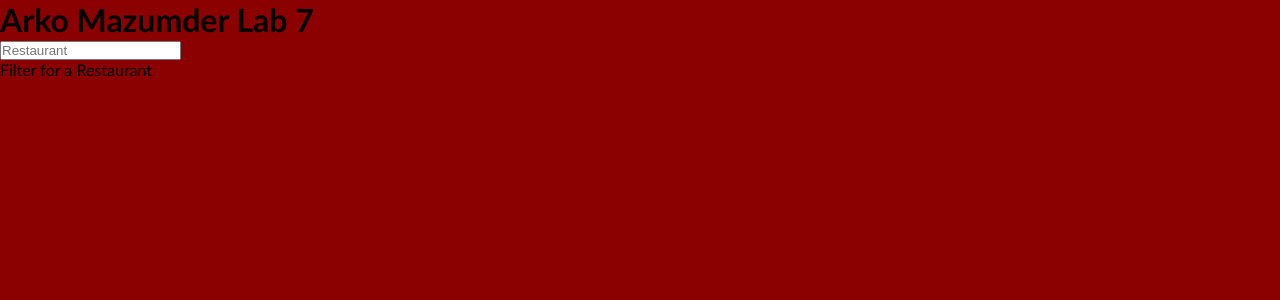
Repository: arkomz/INST377-Lab-Work
Page: client/lab_7/index.html
An editor plug-in stored every save of this project. The page is shown before and after the next save, followed by the edit.
The browser window is 1280 px wide. The pictures show the whole page.
The page's requests for data from a server got no answer. Some web libraries are served in a nearby version.

Above is the page before, as saved 2021-10-15 16:41:18.

### client/lab_7/index.html
<!DOCTYPE html>
<html lang="en">
<head>
  <meta charset="UTF-8">
  <title>Arko Mazumder Lab 7</title>
  <h1 class='title'> Arko Mazumder Lab 7</h1>
  <link rel="stylesheet" href="styles.css">
  <link rel="stylesheet" href="https://unpkg.com/leaflet@1.7.1/dist/leaflet.css"
  integrity="sha512-xodZBNTC5n17Xt2atTPuE1HxjVMSvLVW9ocqUKLsCC5CXdbqCmblAshOMAS6/keqq/sMZMZ19scR4PsZChSR7A=="
  crossorigin=""/>
  <script src="https://unpkg.com/leaflet@1.7.1/dist/leaflet.js"
  integrity="sha512-XQoYMqMTK8LvdxXYG3nZ448hOEQiglfqkJs1NOQV44cWnUrBc8PkAOcXy20w0vlaXaVUearIOBhiXZ5V3ynxwA=="
  crossorigin=""></script>
</head>
<body>

  <form class="search-form">
    <input type="text" class="search" placeholder="Restaurant">
    <ul class="suggestions">
      <li>Filter for a Restaurant</li>
    </ul>
  </form>
  <div id="mapid"></div>
  </body>
  <script src= "script.js"></script>
</html>

### client/lab_7/styles.css
* {
    margin: 0;
    padding: 0;
    box-sizing: border-box;
  }

  html {
    height: 100%;
  }

  body {
    height: 100%;
    margin: 0;
    padding: 0;
    font-family: ‘Segoe UI’, Candara, ‘Bitstream Vera Sans’, ‘DejaVu Sans’,
        ‘Bitsream Vera Sans’, ‘Trebuchet MS’, Verdana, ‘Verdana Ref’, sans-serif;
    background-color: #8b0000;
  }

  /* Page Layout */
  .columns {
    display: flex;
    flex-wrap: wrap;
  }

  .wrapper {
    display: flex;
  }

  .container {
    max-width: 960px;
    margin-top: 25px;
  }

  #mapid {
      height: 400px;
      width: 300px;
    }

### client/lab_7/script.js
async function windowActions() {

    const endpoint = 'https://data.princegeorgescountymd.gov/resource/umjn-t2iz.json';
    const restaurants = []
    const request = await fetch(endpoint)
      .then(blob => blob.json())
      .then(data => restaurants.push(...data));


    function findMatches(wordToMatch, restaurants) {
      return restaurants.filter(place => {

        const regex = new RegExp(wordToMatch, 'gi');
        return place.name.match(regex)
        return place.zip.match(regex)
      });
    }

    function mapInit() {
        var mymap = L.map('mapid').setView([51.505, -0.09], 13);
        L.tileLayer('https://api.mapbox.com/styles/v1/{id}/tiles/{z}/{x}/{y}?access_token={accessToken}', {
        attribution: 'Map data &copy; <a href="https://www.openstreetmap.org/copyright">OpenStreetMap</a> contributors, Imagery © <a href="https://www.mapbox.com/">Mapbox</a>',
        maxZoom: 18,
        id: 'mapbox/streets-v11',
        tileSize: 512,
        zoomOffset: -1,
        accessToken: 'pk.eyJ1IjoiYXJrb216OTEiLCJhIjoiY2t1c3RhaGFpNWk2cTJucWpzYno1cnZ6YiJ9.uw81Ywj5jrcHVHOD2NdNpw'
        }).addTo(mymap);
    }
    mapInit()

    function displayMatches(event) {
      const matchArray = findMatches(event.target.value, restaurants);
      const html = matchArray.map(place => {
        const regex = new RegExp(event.target.value, 'gi');
        const restaurantName = place.name.replace(regex, `<span class="hl">${event.target.value}</span>`);
        const zipName = place.zip.replace(regex, `<span class="hl">${event.target.value}</span>`);
        return `
          <li>
            <span class="name">${restaurantName}</span>
            <span class="zip">${zipName}</span>
          </li>
        `;
      }).join('');
      suggestions.innerHTML = html;
    }
    const searchInput = document.querySelector('.search');
    const suggestions = document.querySelector('.suggestions');

    searchInput.addEventListener('change', displayMatches);
    searchInput.addEventListener('keyup', (evt) => { displayMatches(evt) });

    }
    window.onload = windowActions;

After the next save:
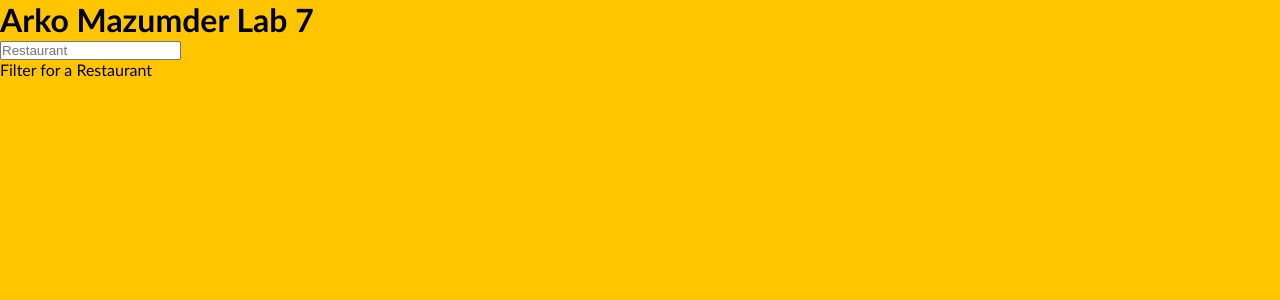
Saved 100 s later.
--- a/client/lab_7/styles.css
+++ b/client/lab_7/styles.css
@@ -14,7 +14,7 @@
     padding: 0;
     font-family: ‘Segoe UI’, Candara, ‘Bitstream Vera Sans’, ‘DejaVu Sans’,
         ‘Bitsream Vera Sans’, ‘Trebuchet MS’, Verdana, ‘Verdana Ref’, sans-serif;
-    background-color: #8b0000;
+        background: #ffc600;;
   }
 
   /* Page Layout */
